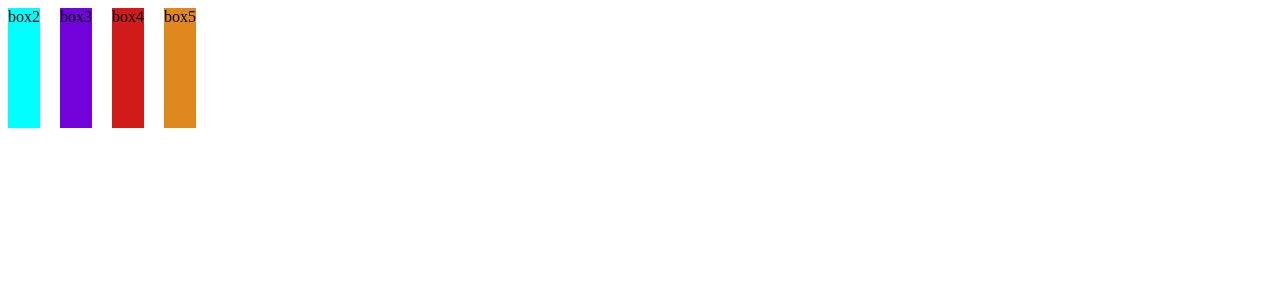
Repository: ABDUSALIMSUBAHIELBASHI/full-html-css-js
Page: Desktop/coding/css/indexday2.html
These files come from the project's save history. The page is drawn as it stood at one moment and after the next save; the edit follows.
The browser window is 1280 px wide. The pictures show the whole page.

Above is the page before, as saved 2025-09-16 10:38:25.

After the next save:
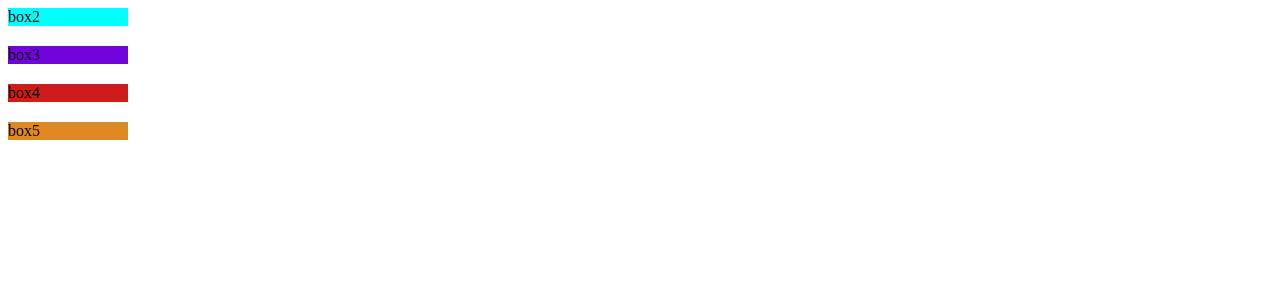
Saved 115 s later.
--- a/Desktop/coding/css/indexday2.css
+++ b/Desktop/coding/css/indexday2.css
@@ -3,6 +3,8 @@
     gap: 20px;
     justify-content:space-evenly;
     justify-items: center;
+    height: 80vh;
+    flex-direction: column;
 }
 #box{
     width: 120px;
